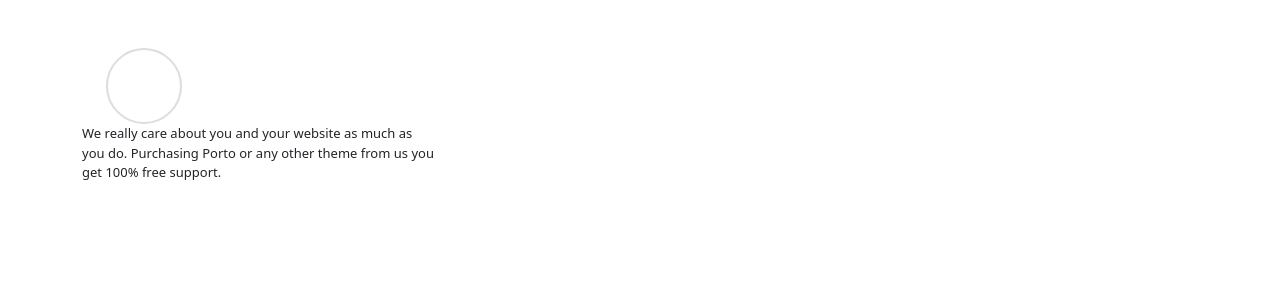
Repository: NguyenDo13/BE2-NhomH
Page: module-9/index/index.html
These files come from the project's save history. The page is drawn as it stood at one moment and after the next save; the edit follows.
The browser window is 1280 px wide. The pictures show the whole page.

Above is the page before, as saved 2022-05-15 11:29:44.

### module-9/index/index.html
<!DOCTYPE html>
<html lang="en">

<head>
    <meta charset="UTF-8" />
    <meta http-equiv="X-UA-Compatible" content="IE=edge" />
    <meta name="viewport" content="width=device-width, initial-scale=1.0" />
    <link rel="stylesheet" href="public/css/style.css" />
    <link rel="stylesheet" href="public/css/bootstrap.min.css" />
    <link rel="stylesheet" href="https://cdnjs.cloudflare.com/ajax/libs/font-awesome/5.15.3/css/all.min.css" />
    <title>Document</title>
</head>

<body>
    <div class="pt-5 pb-4">
        <!-- chia hàng -->
        <div class="container">
            <div class="row">
                <!-- chia cột -->
                <div class="vc_column_container col-md-4">
                    <div class="portoContainer vc_column-inner">
                        <div class="portoTop px-4 style_1 top-icon">
                            <div class="porto-siscon-top">
                                <div class="portoTopicon" style="text-align: center;">
                                    <div class="porto-icon advanced">

                                    </div>
                                    <i class="Simple-Line-Icons-earphones-alt"> </i>
                                </div>
                            </div>
                        </div>
                        <div class="portoheader">

                        </div>
                        <div class="portodescription" style="font-size: 13px">
                            We really care about you and your website as much as you do. Purchasing Porto or any other theme from us you get 100% free support.
                        </div>
                    </div>
                </div>
            </div>
        </div>
    </div>
</body>

</html>

### module-9/index/public/css/style.css
body {
    font-size: 13px;
    line-height: 22px;
    font-family: 'Open Sans', sans-serif;
    background: #fff;
}

.portoTotal {}

.container {}

.row {
    display: flex;
    flex-wrap: wrap;
}

.vc_column_container {}

.portoContainer {}

.portotop {}

.portoTopicon {}

.porto-icon {
    color: #0088cc;
    background: transparent;
    border-style: solid;
    border-color: #dddddd;
    border-width: 2px;
    width: 76px;
    height: 76px;
    line-height: 76px;
    border-radius: 40px;
    font-size: 40px;
}

.portoheader {}

.portodescription {}

.porto-siscon-top {}

Loaded but not shown: module-9/index/public/css/bootstrap.min.css (library)

After the next save:
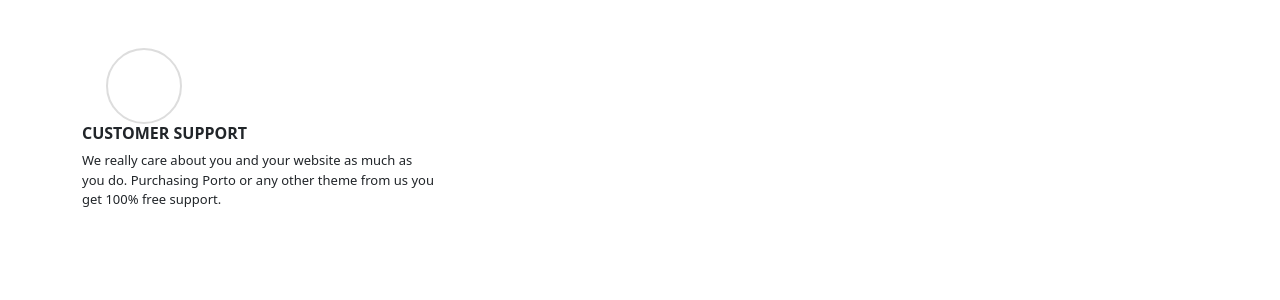
Saved 15 s later.
--- a/module-9/index/index.html
+++ b/module-9/index/index.html
@@ -30,7 +30,7 @@
                             </div>
                         </div>
                         <div class="portoheader">
-
+                            <h3 class="porto-sicon-title" style="font-weight: 700; font-size: 16px;">CUSTOMER SUPPORT</h3>
                         </div>
                         <div class="portodescription" style="font-size: 13px">
                             We really care about you and your website as much as you do. Purchasing Porto or any other theme from us you get 100% free support.
